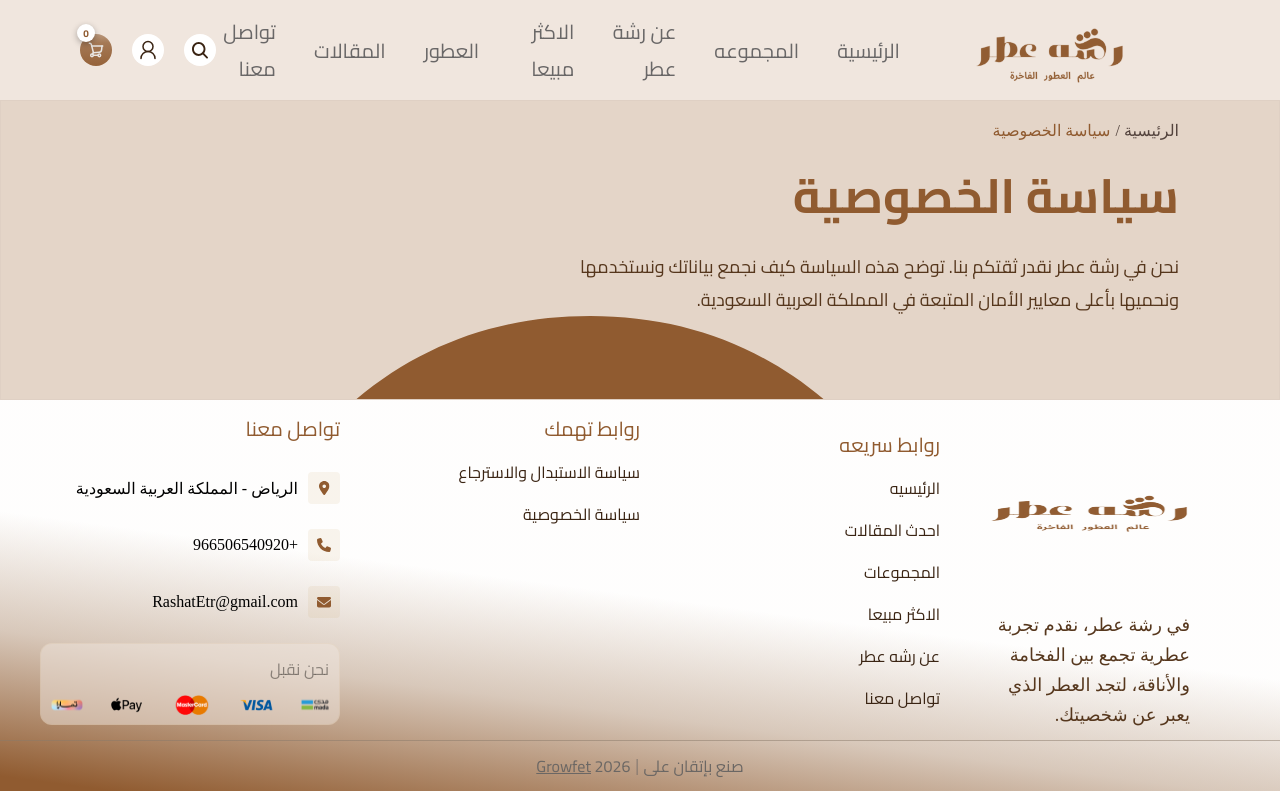
Repository: mahmoudesh74/rashet-3tr
Page: /PrivacyPolicyPage
An editor plug-in stored every save of this project. The page is shown before and after the next save, followed by the edit.
The browser window is 1280 px wide. The pictures show the whole page.
Some web fonts or font styles are not loaded; a fallback is used. The project was rebuilt for these pictures with package versions that can differ from the ones it lists, and the page was loaded fresh each time. Also part of the build but not shown: vite.config.js, src/App.css, src/components/HeaderSection/Header.css, src/components/HeaderSection/Header.jsx, src/components/GroupSection/GroupSection.css, src/components/GroupSection/GroupSection.jsx, src/components/AboutSection/AboutSection.css, src/components/AboutSection/AboutSection.jsx and 17 more. Imported but missing from the stored project, and not drawn on this page: src/assets/vedio.mp4.

Above is the page before, as saved 2026-09-23 11:19:19.

After the next save:
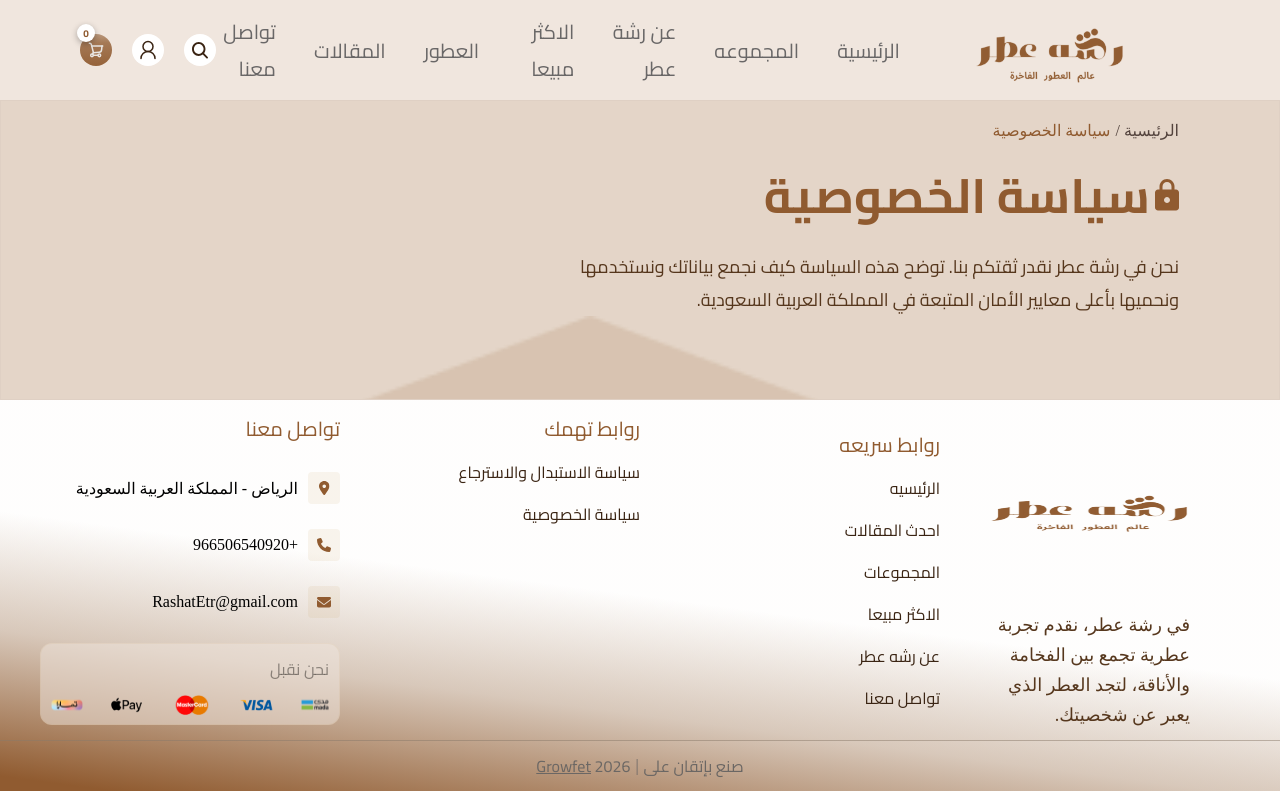
Saved 85 s later.
--- a/src/pages/PrivacyPolicy/privacyPolicy.jsx
+++ b/src/pages/PrivacyPolicy/privacyPolicy.jsx
@@ -1,5 +1,6 @@
 import "./privacyPolicy.css";
 import CloseIcon from "../../assets/close-Icon.svg"
+import privacy from "../../assets/privacy.png"
 export default function PrivacyPolicyPage() {
   return (
     <div className="privacyPolicyPage">
@@ -9,6 +10,7 @@ export default function PrivacyPolicyPage() {
       </div>
       <div className="privacyPolicyHeader">
        <div className="privacyPolicyHeaderImg">
+        <img src={CloseIcon} alt="" />
         <h1>سياسة الخصوصية</h1>
        </div>
    <div className="privacyPolicyHeaderDes">
@@ -16,7 +18,7 @@ export default function PrivacyPolicyPage() {
 ونحميها بأعلى معايير الأمان المتبعة في المملكة العربية السعودية.</p>
    </div>
       </div>
-      <img src={CloseIcon} alt="" className="headerShieldImg" />
+      <img src={privacy} alt="" className="headerShieldImg" />
     </div>
     </div>
   );
